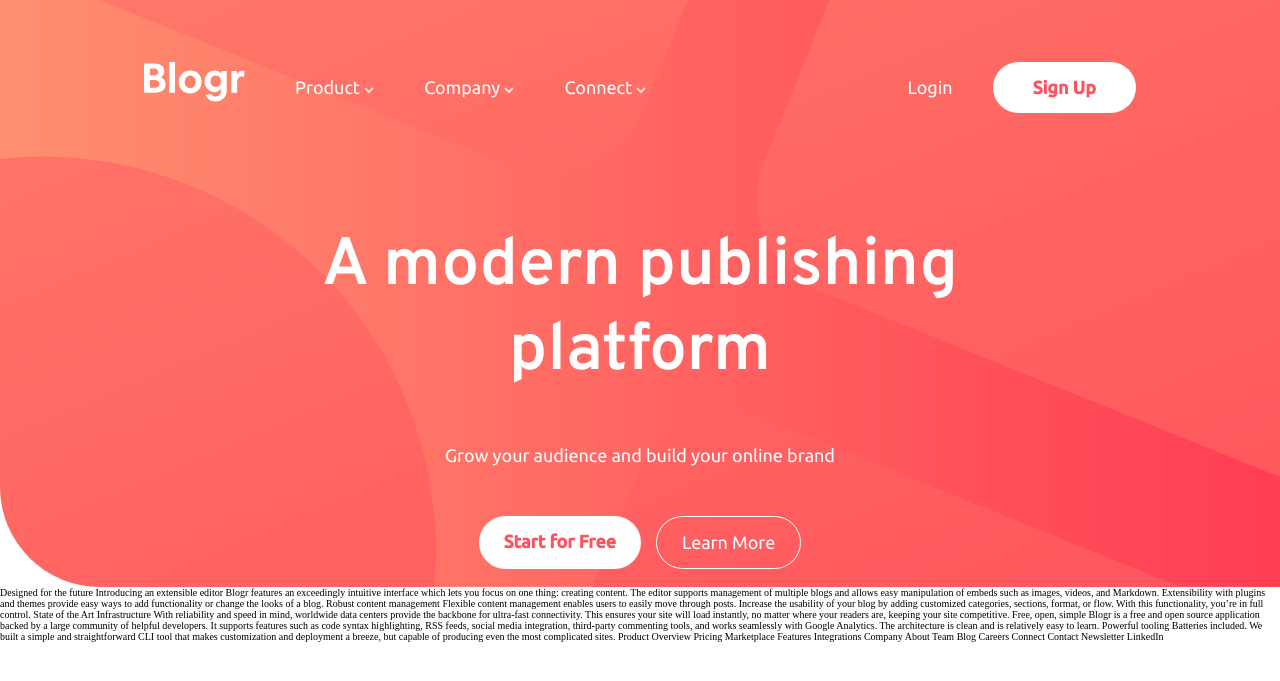
Repository: tomas938/tomaspage3
Page: index.html
The author's editor kept a copy of each file at every save. The page is drawn from the files as they stood at one save, then again after a run of saves.
The browser window is 1280 px wide. The pictures show the whole page.
The style sheet was rebuilt from its Sass, Less or Tailwind sources for each picture, by a compiler version that may differ from the author's.

Above is the page before, as saved 2021-07-30 09:31:43.

After the next 2 saves:
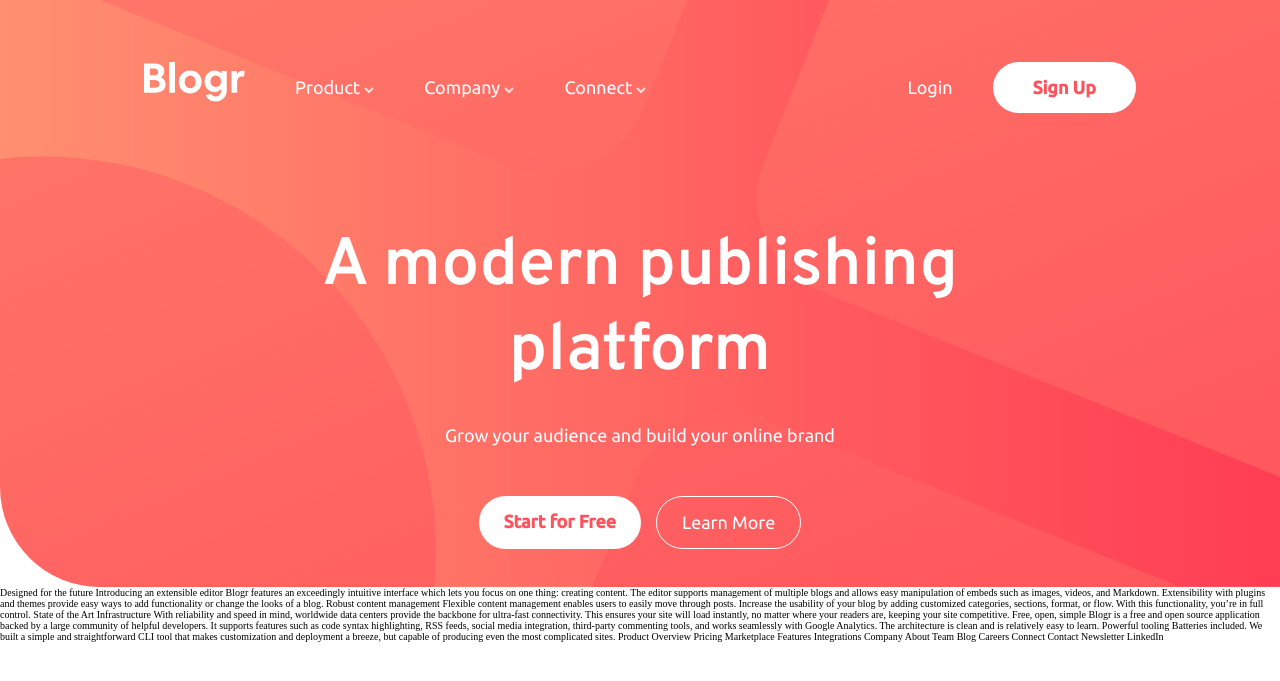
The 2 saves are shown as one change because they came seconds apart.
The last was saved 16 s later.
--- a/scss_partials/_intro.scss
+++ b/scss_partials/_intro.scss
@@ -40,7 +40,7 @@
 		width: 70%;
 		margin: auto;
 		h1 {
-			padding: 5rem 0;
+			padding: 5rem 0 3rem 0;
 			font-size: 6.7rem;
 			text-align: center;
 			font-family: $font-primary;
